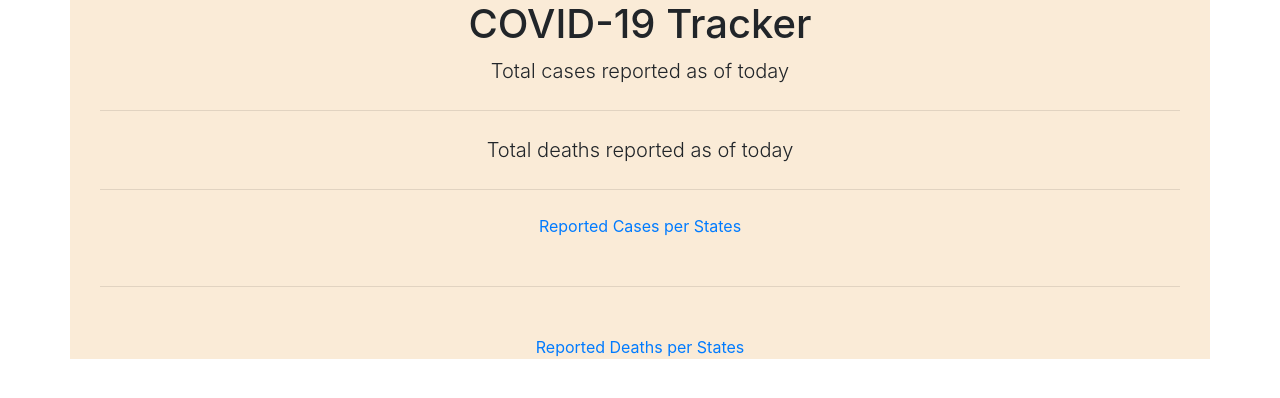
Repository: kimjuneyoung5/Bootcamp-Java
Page: http://localhost/CovidTrackingApp/WEB-INF/index.jsp
An editor plug-in stored every save of this project. The page is shown before and after the next save, followed by the edit.
The browser window is 1280 px wide. The pictures show the whole page.
The page is served by Tomcat 9. Nobody is signed in. The template is opened directly, without the code that normally fills it, so the values that code supplies are empty.

Above is the page before, as saved 2021-10-01 21:53:08.

After the next save:
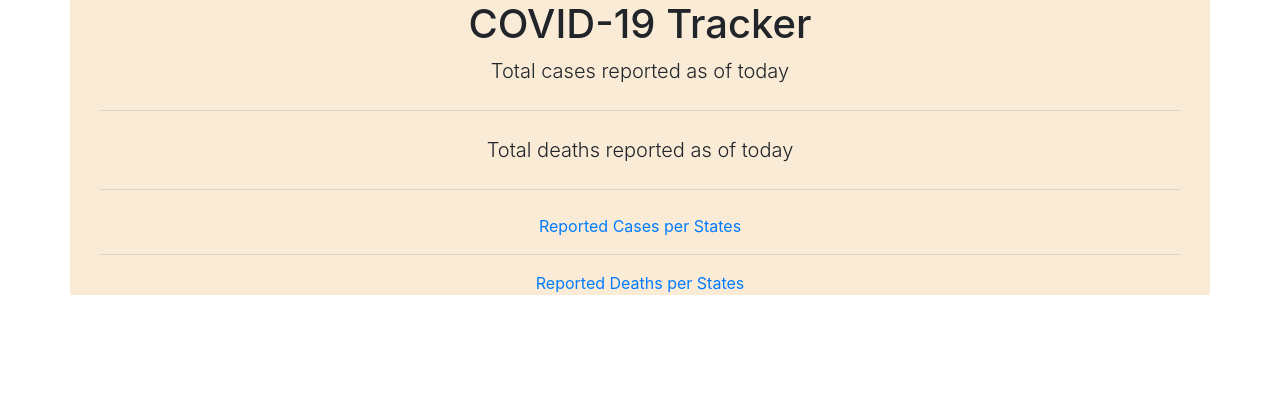
Saved 7 s later.
--- a/oop/CovidTrackingApp/src/main/webapp/WEB-INF/index.jsp
+++ b/oop/CovidTrackingApp/src/main/webapp/WEB-INF/index.jsp
@@ -32,7 +32,7 @@
     	<p class="lead">Total deaths reported as of today</p>
     	<hr class="my-4">
     	<a href="/cases">Reported Cases per States</a>
-    	<hr class="my-5">
+    	<hr class="my-7">
     	<a href="/deaths">Reported Deaths per States</a>
 	</div>
 
